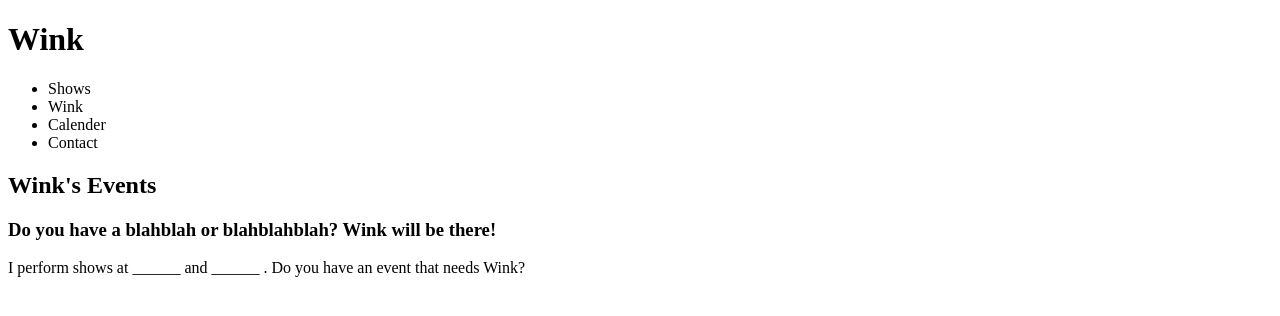
Repository: Sbethm/wink
Page: events.html
The author's editor kept a copy of each file at every save. The page is drawn from the files as they stood at one save, then again after the next save.
The browser window is 1280 px wide. The pictures show the whole page.

Above is the page before, as saved 2021-09-08 14:40:52.

After the next save:
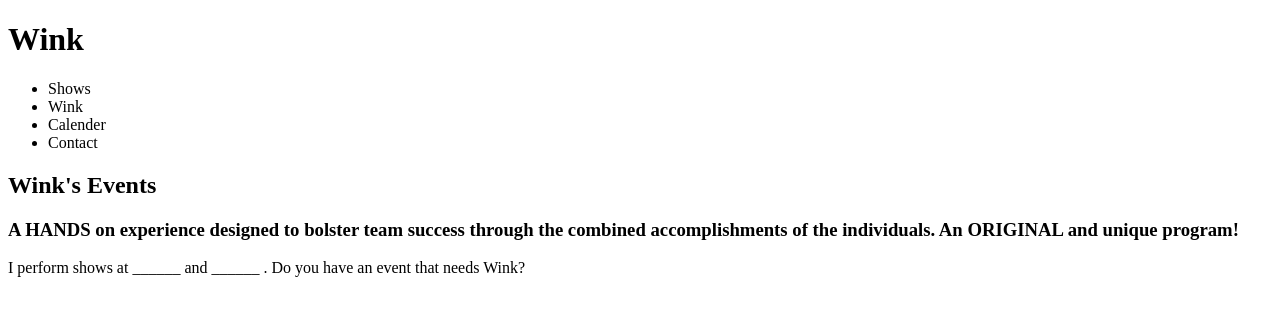
Saved 80 s later.
--- a/events.html
+++ b/events.html
@@ -23,7 +23,8 @@
             <h2 class="contact--title">Wink's Events</h2>
         </div>
         <div>
-            <h3 class="call-to-action">Do you have a blahblah or blahblahblah? Wink will be there!</h3>
+            <h3 class="call-to-action">A HANDS on experience designed to bolster team success through the combined accomplishments of the individuals.
+                An ORIGINAL and unique program!</h3>
             <p>I perform shows at ______ and ______ . Do you have an event that needs Wink?</p>
         </div>
     </main>
